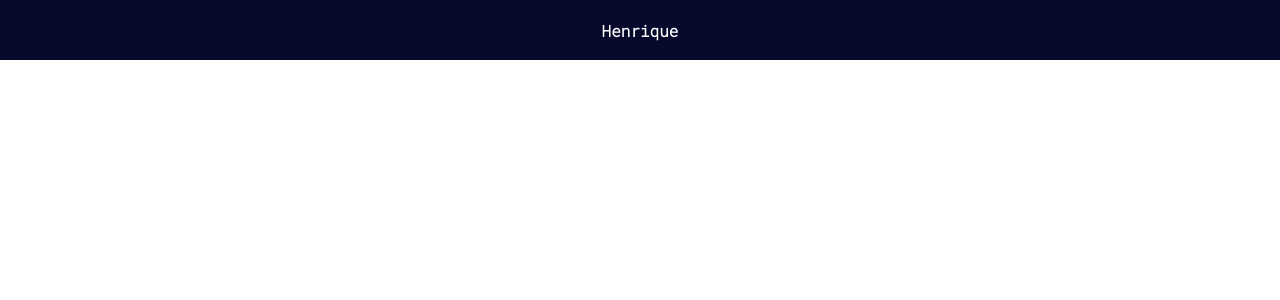
Repository: Henrique-Santos-2304/meuBlog
Page: /
An editor plug-in stored every save of this project. The page is shown before and after the next save, followed by the edit.
The browser window is 1280 px wide. The pictures show the whole page.
Some web fonts or font styles are not loaded; a fallback is used. The project was rebuilt for these pictures with package versions that can differ from the ones it lists, and the page was loaded fresh each time. The framework's server and built-in components were replaced by stand-ins that run in the browser. Also part of the build but not shown: next.config.js.

Above is the page before, as saved 2021-10-01 15:49:37.

### src/pages/_app.tsx
import { AppProps } from "next/app";
import Head from "next/head";
import GlobalStyles from "styles/global";
import { ThemeProvider } from "styled-components";
import { theme } from "../styles/theme";
import React from "react";

function App({ Component, pageProps }: AppProps) {
  return (
    <>
      <Head>
        <title>BlogFólio Henrique dos Santos</title>
        <link rel="shortcut icon" href="/img/icon-512.png" />
        <link rel="apple-touch-icon" href="/img/icon-512.png" />
        <link rel="manifest" href="/manifest.json" />
        <meta
          name="description"
          content=" Blog e Portfólio com especificações sobre desenvolvimento web"
        />
      </Head>
      <ThemeProvider theme={theme}>
        <React.Fragment>
          <GlobalStyles />
          <Component {...pageProps} />
        </React.Fragment>
      </ThemeProvider>
    </>
  );
}

export default App;

### src/pages/_document.tsx
import Document, {
  Html,
  Head,
  Main,
  NextScript,
  DocumentContext,
} from "next/document";
import { ServerStyleSheet } from "styled-components";

export default class MyDocument extends Document {
  static async getInitialProps(ctx: DocumentContext) {
    const sheet = new ServerStyleSheet();
    const originalRenderPage = ctx.renderPage;

    try {
      ctx.renderPage = () =>
        originalRenderPage({
          enhanceApp: (App) =>
            function enhance(props) {
              return sheet.collectStyles(<App {...props} />);
            },
        });

      const initialProps = await Document.getInitialProps(ctx);
      return {
        ...initialProps,
        styles: (
          <>
            {initialProps.styles}
            {sheet.getStyleElement()}
          </>
        ),
      };
    } finally {
      sheet.seal();
    }
  }

  render() {
    return (
      <Html lang="pt-BR">
        <Head>
          <link rel="preconnect" href="https://fonts.googleapis.com" />
          <link rel="preconnect" href="https://fonts.gstatic.com" />
          <link
            href="https://fonts.googleapis.com/css2?family=Grechen+Fuemen&family=Poppins:ital,wght@0,200;0,400;1,100;1,300&family=Roboto+Mono:wght@200;300&display=swap"
            rel="stylesheet"
          />
        </Head>
        <body>
          <Main />

          <NextScript />
        </body>
      </Html>
    );
  }
}

### src/pages/index.tsx
import Header from "components/Header";

export default function Home() {
  return (
    <>
      <Header />
    </>
  );
}

### src/styles/global.ts
import { createGlobalStyle } from "styled-components";
import { theme } from "./theme";
import { stylesThemeGlobals } from "../types/typesStylesTheme";

const GlobalStyles = createGlobalStyle`

  * {
    margin: 0;
    padding: 0;
    box-sizing: border-box;
  }

  html {
    font-size: 62.5%;
  }

  html, body, #__next {
    height: 100%;
  }

  body {
    font-size: 2rem;
    font-family: ${({ theme }: stylesThemeGlobals) => theme.font.family.Poppins}
  }
  h1,h2,h3,h4,h5,h6{
    font-size: 1.6rem;
    font-family: ${theme.font.family.RobotoMono};
  }
  button{
    cursor: pointer;
  }
  input{
    border: 0;
    padding-left: 0.7rem;
  }
  ul, ol{
    text-decoration: none;
  }
`;

export default GlobalStyles;

### src/styles/theme.ts
export const theme = {
  colors: {
    white800: "#f8f8f8",
    white900: "#fff",
    black700: "#111",
    black800: "#06092b",
    black900: "#000",
    red700: "#CC0F3E",
  },
  font: {
    family: {
      Poppins: "'Poppins', sans-serif",
      Effect: '"Grechen Fuemen", cursive',
      RobotoMono: '"Roboto Mono", monospace',
    },
  },
};

### src/components/Header/index.tsx
import * as S from "./styles";

const Header = () => {
  return (
    <S.Wrapper>
      <h1>Henrique</h1>
    </S.Wrapper>
  );
};

export default Header;

### src/components/Header/styles.ts
import styled from "styled-components";

export const Wrapper = styled.main`
  background-color: ${({ theme }) => theme.colors.black800};

  color: #fff;
  width: 100%;
  height: 6rem;
  padding: 3rem;
  text-align: center;
  display: flex;
  flex-direction: column;
  align-items: center;
  justify-content: center;
`;

After the next save:
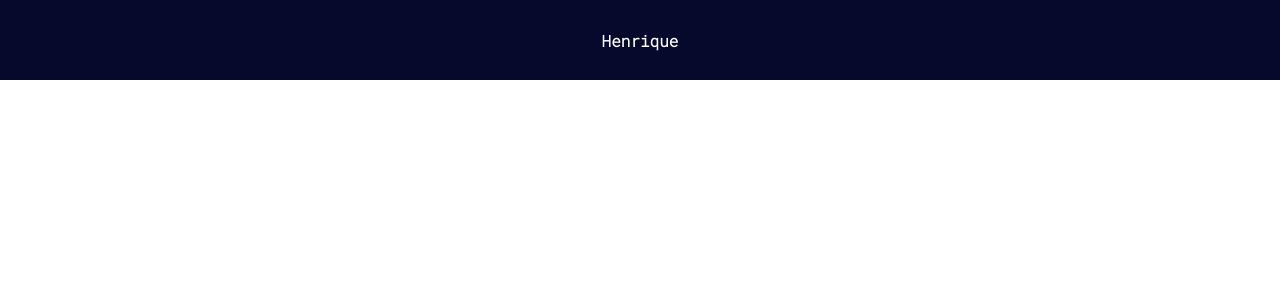
Saved 10 s later.
--- a/src/components/Header/styles.ts
+++ b/src/components/Header/styles.ts
@@ -5,7 +5,7 @@
 
   color: #fff;
   width: 100%;
-  height: 6rem;
+  height: 8rem;
   padding: 3rem;
   text-align: center;
   display: flex;
